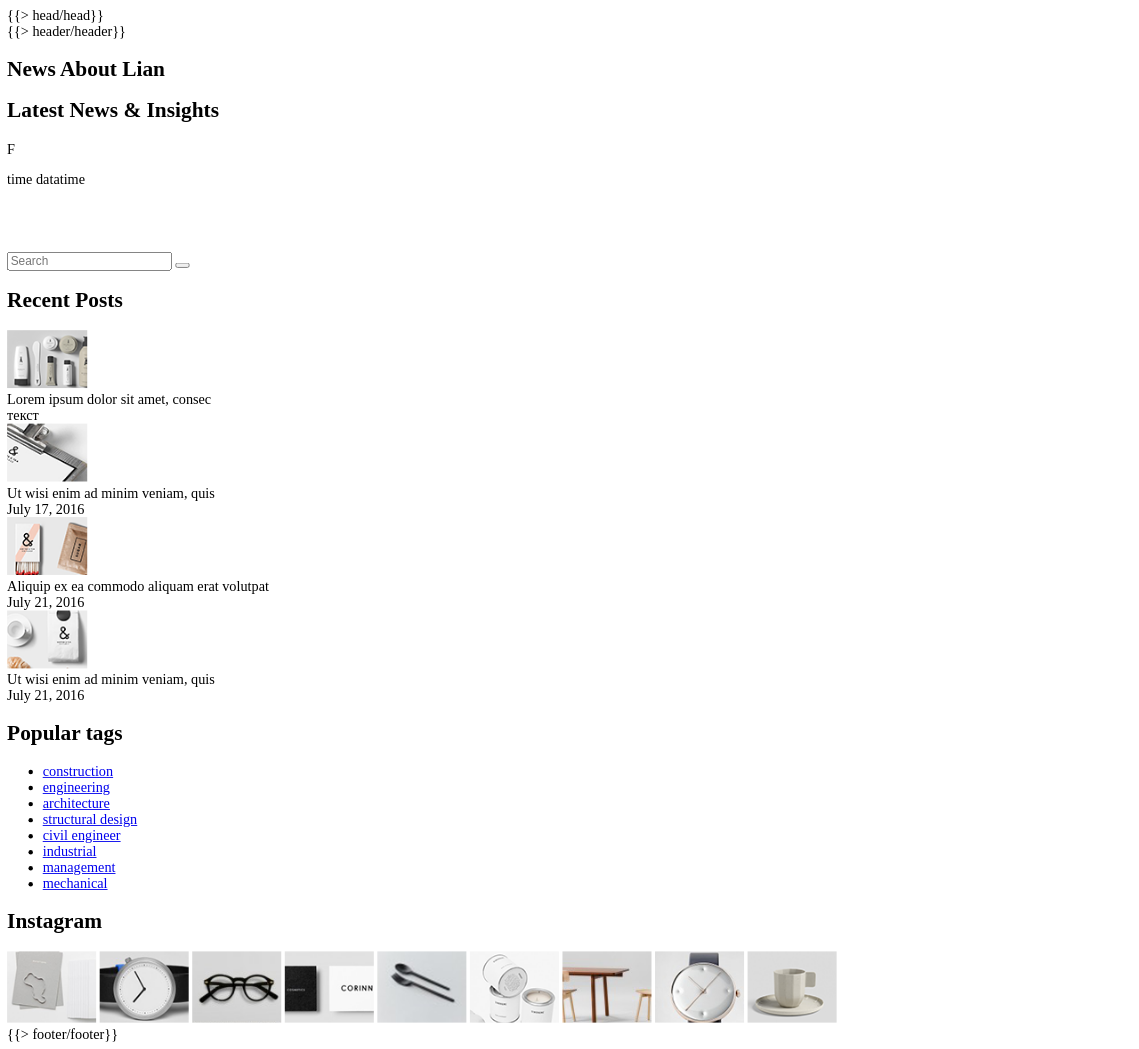
Repository: nataliiasaltan/Lian
Page: src/blog.html
These files come from the project's save history. The page is drawn as it stood at one moment and after the next save; the edit follows.
The browser window is 1280 px wide. The pictures show the whole page, at 89% of full size.

Above is the page before, as saved 2020-05-23 17:23:51.

### src/blog.html
<!DOCTYPE html>
<html lang="en">
<title>lian</title>

<head>
    {{> head/head}}
</head>

<body>
    <div class="wrapper">
        {{> header/header}}
        <main>
            <section class="blog">
                <div class="banner">
                    <div class="top"></div>
                    <div class="banner__head" style="background-image: url(images/heading4.png);">
                    </div>
                    <div class="banner__inner">
                        <h1 class="banner__title">News About Lian</h1>
                        <h2 class="banner__content">Latest News & Insights</h2>
                    </div>
                </div>
                <div class="blog__container">
                    <div class="blog__main">
                        <div class="blog__wrapper">
                            <div class="blog__post">
                                <div class="blog__inner">
                                    <a href="#" class="blog__btn"></a>
                                    <h4 class="bold"></h4>
                                    <div class="blog__content">
                                        <i class="icon-user"></i> F
                                        <span></span>
                                        <a href="#" class="blog__avtor"> </a>
                                    </div>
                                    <div class="blog__text">
                                        <p></p>
                                    </div>
                                    <div class="blog__holder">
                                        <div class="blog__date">
                                            <i></i>
                                            <span></span> time datatime
                                        </div>
                                    </div>
                                </div>
                            </div>
                            <div class="blog__post">
                                <a href=""><img src="" alt=""></a>
                            </div>
                            <div class="blog__post">
                                <a href=""><img src="" alt=""></a>
                            </div>
                        </div>
                        <div class="blog__wrapper">
                            <div class="blog__post">
                                <a href=""><img src="" alt=""></a>
                            </div>
                            <div class="blog__post"></div>
                            <div class="blog__post">
                                <a href=""><img src="" alt=""></a>
                            </div>
                        </div>
                    </div>
                    <div class="blog__aside">
                        <form class="search-form" action="#">
                            <input placeholder="Search" class="aside__input">
                            <button class="aside__btn">
                                <i class="icon-search aside__search"></i>
                            </button>
                        </form>
                        <div class="aside__wrapper">
                            <h2 class="aside__head">Recent Posts</h2>
                            <div class="aside__inner">
                                <div class="aside__post">
                                    <div class="aside__img">
                                        <a href="#"><img src="images/asidePost1.png" alt=""></a>
                                    </div>
                                    <div class="aside__holder">
                                        <div class="aside__text">Lorem ipsum dolor sit amet, consec</div>
                                        <time datetime="">текст</time>
                                    </div>
                                </div>
                                <div class="aside__post">
                                    <div class="aside__img">
                                        <a href="#"><img src="images/asidePost2.png" alt=""></a>
                                    </div>
                                    <div class="aside__holder">
                                        <div class="aside__text">Ut wisi enim ad minim veniam, quis</div>
                                        <div class="aside__time" datetime="2017-07-17T18:18">July 17, 2016</div>
                                    </div>
                                </div>
                                <div class="aside__post">
                                    <div class="aside__img">
                                        <a href="#"><img src="images/asidePost3.png" alt=""></a>
                                    </div>
                                    <div class="aside__holder">
                                        <div class="aside__text">Aliquip ex ea commodo aliquam erat volutpat</div>
                                        <div class="aside__time" datetime="2017-07-21T18:18">July 21, 2016</div>
                                    </div>
                                </div>
                                <div class="aside__post">
                                    <div class="aside__img">
                                        <a href="#"><img src="images/asidePost4.png" alt=""></a>
                                    </div>
                                    <div class="aside__holder">
                                        <div class="aside__text">Ut wisi enim ad minim veniam, quis</div>
                                        <div class="aside__time" datetime="2017-07-17T18:18">July 21, 2016</div>
                                    </div>
                                </div>
                            </div>
                        </div>
                        <div class="aside__wrapper">
                            <h2 class="aside__head">Popular tags</h2>
                            <ul class="aside__inner wrap">
                                <li class="aside__container"><a href="#" class="aside__link">construction</a></li>
                                <li class="aside__container"><a href="#" class="aside__link">engineering</a></li>
                                <li class="aside__container"><a href="#" class="aside__link">architecture</a></li>
                                <li class="aside__container"><a href="#" class="aside__link">structural design</a></li>
                                <li class="aside__container"><a href="#" class="aside__link">civil engineer</a></li>
                                <li class="aside__container"><a href="#" class="aside__link">industrial</a></li>
                                <li class="aside__container"><a href="#" class="aside__link">management</a></li>
                                <li class="aside__container"><a href="#" class="aside__link">mechanical</a></li>
                            </ul>
                        </div>
                        <div class="aside__wrapper">
                            <h2 class="aside__head">Instagram</h2>
                            <div class="aside__instagram">
                                <img src="images/asideInstagram1.png" alt="" class="instagram__img">
                                <img src="images/asideInstagram2.png" alt="" class="instagram__img">
                                <img src="images/asideInstagram3.png" alt="" class="instagram__img">
                                <img src="images/asideInstagram4.png" alt="" class="instagram__img">
                                <img src="images/asideInstagram5.png" alt="" class="instagram__img">
                                <img src="images/asideInstagram6.png" alt="" class="instagram__img">
                                <img src="images/asideInstagram7.png" alt="" class="instagram__img">
                                <img src="images/asideInstagram8.png" alt="" class="instagram__img">
                                <img src="images/asideInstagram9.png" alt="" class="instagram__img">
                            </div>
                        </div>
                    </div>
                </div>
            </section>
        </main>
        {{> footer/footer}}
    </div>
</body>

</html>

After the next save:
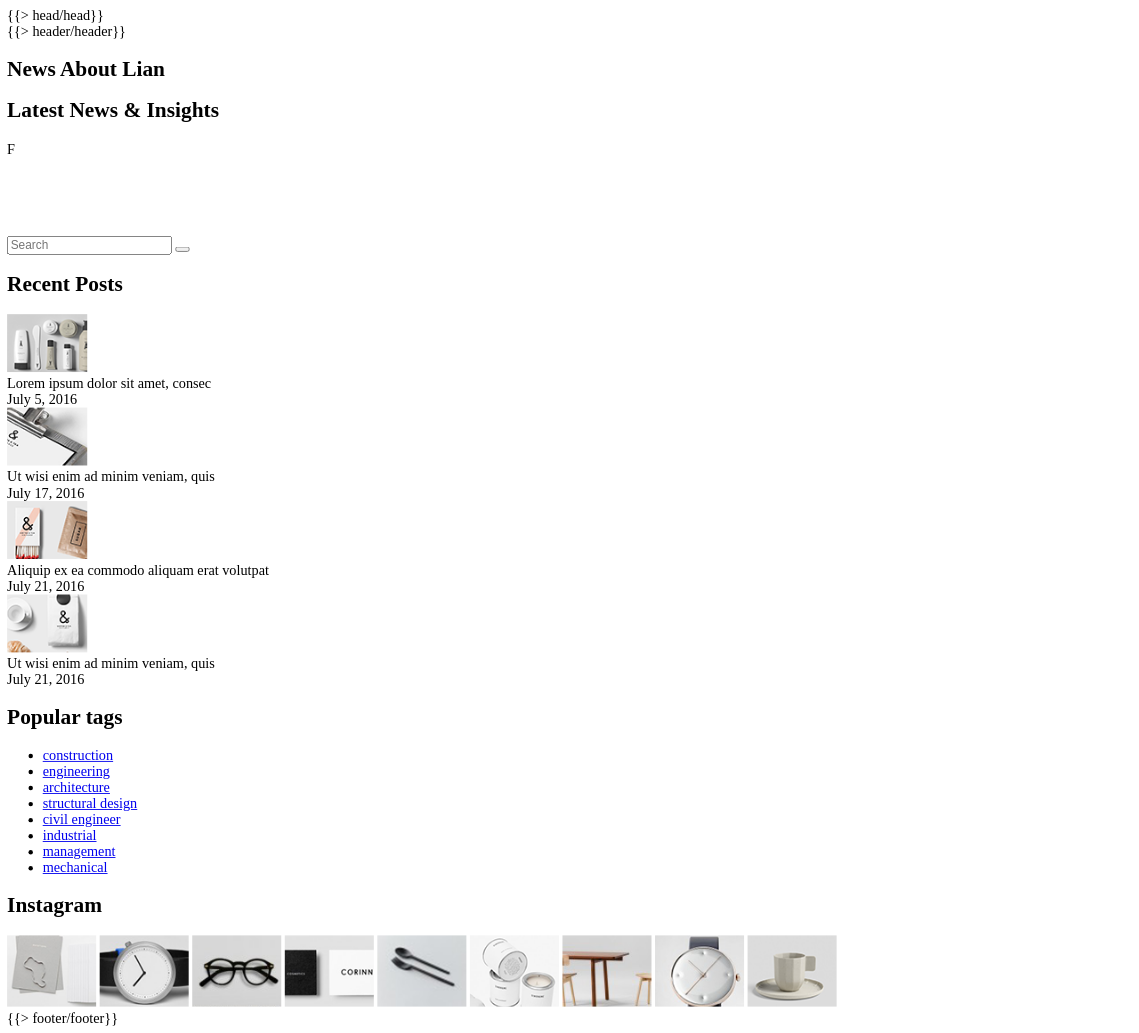
Saved 69 s later.
--- a/src/blog.html
+++ b/src/blog.html
@@ -38,7 +38,7 @@
                                     <div class="blog__holder">
                                         <div class="blog__date">
                                             <i></i>
-                                            <span></span> time datatime
+                                            <span></span>
                                         </div>
                                     </div>
                                 </div>
@@ -76,7 +76,7 @@
                                     </div>
                                     <div class="aside__holder">
                                         <div class="aside__text">Lorem ipsum dolor sit amet, consec</div>
-                                        <time datetime="">текст</time>
+                                        <div class="aside__time" datetime="2017-07-05T18:18">July 5, 2016</div>
                                     </div>
                                 </div>
                                 <div class="aside__post">
